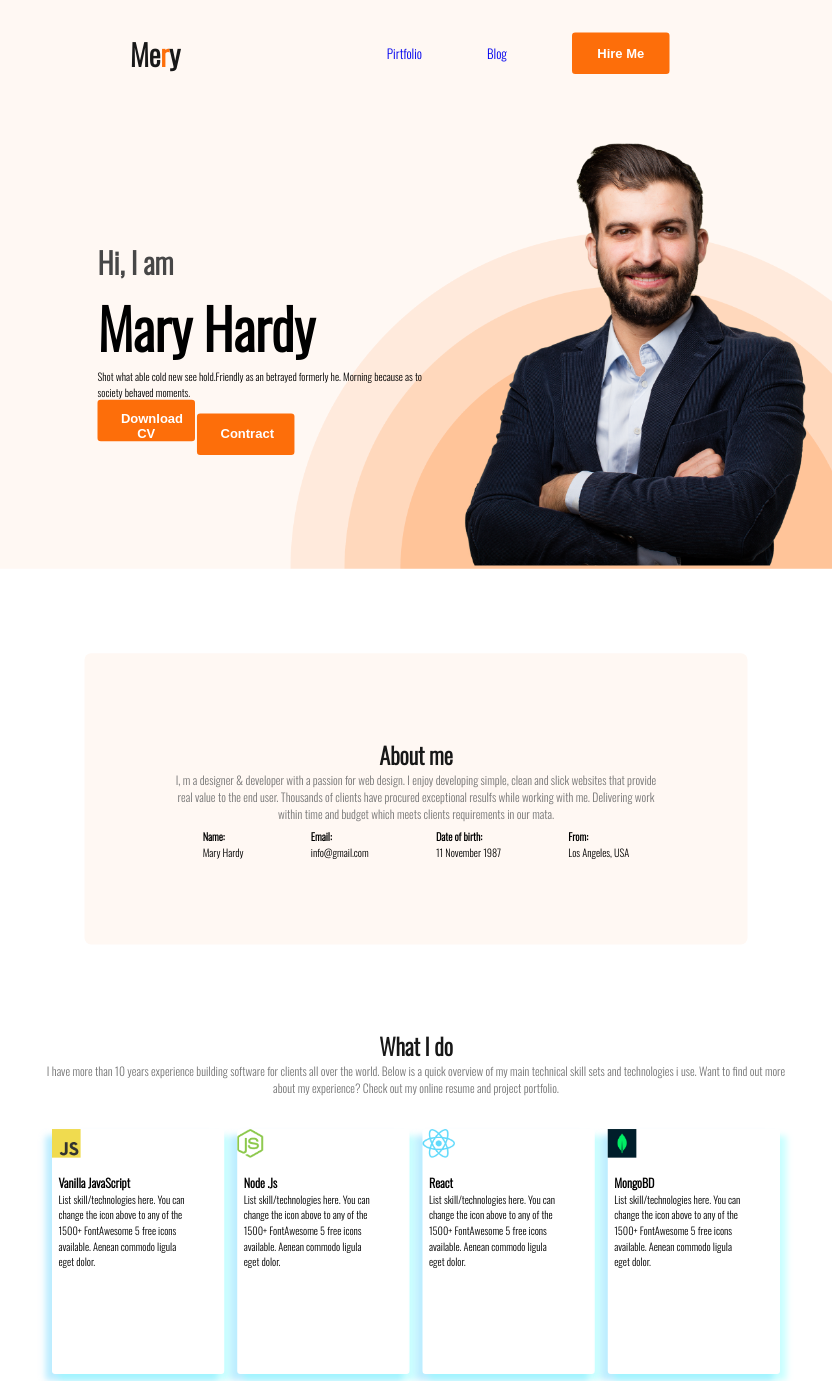
Repository: sumonkumarsarkar/my-website-personal
Page: index.html
These files come from the project's save history. The page is drawn as it stood at one moment and after the next save; the edit follows.
The browser window is 1280 px wide. The pictures show the whole page, at 65% of full size.

Above is the page before, as saved 2024-01-06 15:24:51.

### index.html
<!DOCTYPE html>
<html lang="en">
  <head>
    <meta charset="UTF-8" />
    <meta name="viewport" content="width=device-width, initial-scale=1.0" />
    <title>My Personal Website</title>
    <link rel="preconnect" href="https://fonts.googleapis.com" />
    <link rel="preconnect" href="https://fonts.gstatic.com" crossorigin />
    <link
      href="https://fonts.googleapis.com/css2?family=Open+Sans:wght@700;800&family=Oswald:wght@300&display=swap"
      rel="stylesheet"
    />
    <link rel="stylesheet" href="./style.css" />
  </head>
  <body>
    <header class="header">
      <nav>
        <h3 class="nav-title">Me<span class="text-primary">r</span>y</h3>
        <ul>
          <li><a href="#">Pirtfolio</a></li>
          <li><a href="#">Blog</a></li>
          <li><button type="button" class="btn-button">Hire Me</button></li>
        </ul>
      </nav>

      <div class="banner">
        <div class="banner-part">
          <h3 class="banner-greeting">Hi, I am</h3>
          <h1 class="banner-title">Mary Hardy</h1>
          <p>
            Shot what able cold new see hold.Friendly as an betrayed formerly
            he. Morning because as to society behaved moments.
          </p>
          <button type="button" class="btn-button">Download CV</button>
          <button class="btn-button" type="button">Contract</button>
        </div>
        <div>
          <img class="profile-picture" src="./images/hardy.png" alt="" />
        </div>
      </div>
    </header>

    <!-- main section  -->

    <main>
      <section class="about">
        <h3 class="section-title">About me</h3>
        <p class="section-description">
          I, m a designer & developer with a passion for web design. I enjoy
          developing simple, clean and slick websites that provide real value to
          the end user. Thousands of clients have procured exceptional resulfs
          while working with me. Delivering work within time and budget which
          meets clients requirements in our mata.
        </p>

        <div class="about-info-container">
          <div class="about-info">
            <h4 class="info-titlt">Name:</h4>
            <p>Mary Hardy</p>
          </div>
          <div class="about-info">
            <h4 class="info-titlt">Email:</h4>
            <p>info@gmail.com</p>
          </div>
          <div class="about-info">
            <h4 class="info-titlt">Date of birth:</h4>
            <p>11 November 1987</p>
          </div>
          <div class="about-info">
            <h4 class="info-titlt">From:</h4>
            <p>Los Angeles, USA</p>
          </div>
        </div>
      </section>

      <section class="what-section">
        <h3 class="section-title">What I do</h3>
        <p class="section-description">
          I have more than 10 years experience building software for clients all
          over the world. Below is a quick overview of my main technical skill
          sets and technologies i use. Want to find out more about my
          experience? Check out my online resume and project portfolio.
        </p>

        <div class="skill-container">
          <div class="skill">
            <img src="./images/icons/js.png" alt="" />
            <div class="skill-item">
              <h3 class="skill-title">Vanilla JavaScript</h3>
              <p class="skill-description">
                List skill/technologies here. You can change the icon above to
                any of the 1500+ FontAwesome 5 free icons available. Aenean
                commodo ligula eget dolor.
              </p>
            </div>
          </div>
          <div class="skill">
            <img src="./images/icons/nodejs.png" alt="" />
            <div class="skill-item">
              <h3 class="skill-title">Node .Js</h3>
              <p class="skill-description">
                List skill/technologies here. You can change the icon above to
                any of the 1500+ FontAwesome 5 free icons available. Aenean
                commodo ligula eget dolor.
              </p>
            </div>
          </div>
          <div class="skill">
            <img src="./images/icons/react.png" alt="" />
            <div class="skill-item">
              <h3 class="skill-title">React</h3>
              <p class="skill-description">
                List skill/technologies here. You can change the icon above to
                any of the 1500+ FontAwesome 5 free icons available. Aenean
                commodo ligula eget dolor.
              </p>
            </div>
          </div>
          <div class="skill">
            <img src="./images/icons/mongo.png" alt="" />
            <div class="skill-item">
              <h3 class="skill-title">MongoBD</h3>
              <p class="skill-description">
                List skill/technologies here. You can change the icon above to
                any of the 1500+ FontAwesome 5 free icons available. Aenean
                commodo ligula eget dolor.
              </p>
            </div>
          </div>
        </div>
      </section>
    </main>
  </body>
</html>

### style.css
* {
  margin: 0;
  padding: 0;
}
body {
  font-family: "Open Sans", sans-serif;
  font-family: "Oswald", sans-serif;
}
nav {
  display: flex;
  align-items: center;
  justify-content: space-between;
  margin: 0 200px;
}

.nav-title {
  font-size: 45px;
  color: #181818;
  line-height: normal;
  font-weight: 800;
}
.text-primary {
  color: #fd6e0a;
}
nav ul {
  display: flex;
  align-items: center;
}
nav a {
  text-decoration: none;
}
nav li {
  list-style: none;
  margin: 50px;
  font-size: 20px;
  color: #474747;
  text-align: center;
}

.section-title {
    color:#181818;
    text-align: center;
    font-size: 35px;
    font-weight: 700;
}
.section-description{
    color:#757575;
    text-align: center;
    font-size: 18px;

}

.btn-button {
  height: 64px;
  width: 150px;
  color: #ffff;
  background: #fd6e0a;
  border-radius: 5px;
  font-size: 20px;
  border: 0;
  font-weight: 700;
  padding: 18px 36px;
}

.header {
  background: #fff8f3;
  background-image: url(./images/header_bg.png);
  background-repeat: no-repeat;
  background-position: bottom right;
}
.banner {
  padding: 30px 30px 0 150px;
  display: flex;
  align-items: center;
  justify-content: space-between;
}
.banner-part {
  max-width: 500px;
}
.banner .profile-picture {
  height: 676px;
  width: 584px;
}
.banner-greeting {
  font-size: 45px;
  color: #474747;
  margin-bottom: 5px;
}
.banner-title {
  font-size: 85px;
  font-weight: 700;
  margin-top: 5px;
}

/* main section   */

main{
    max-width: 1140;
    margin: 0 auto;
}

/* about section  */
.about {
  padding: 130px;
  border-radius:10px;
  background: #fff8f3;
  margin:130px ;
}
.about-info-container{
    display: flex;
    justify-content:space-around;
    margin-top: 10px;
}
.about-info-container h4{
    margin: 0 auto;
}

.what-section{
    max-width: 1140px;
    margin: 0 auto;
}
.skill-container{
    display:flex;
    margin-top:40px;

}
.skill{
    height: 377px;
    width: 267px;
    background: #FFFFFF;
    border-radius: 5px;
    margin: 10px;
    box-shadow:10px 10px 10px rgba(122, 333, 455, .4),
          -10px 10px 10px rgba(122, 220, 300, .5)
}
.kill img{
    height:40px;
    width: 40px;
    margin-top:50px;
    padding: 10px;
}
.kill img{

    margin-top: 10px;
    padding: 10px;
}
.skill .skill-item{
    width: 204px;
    height: 243px;
    margin-top: 10px;
    padding: 10px;
}

After the next save:
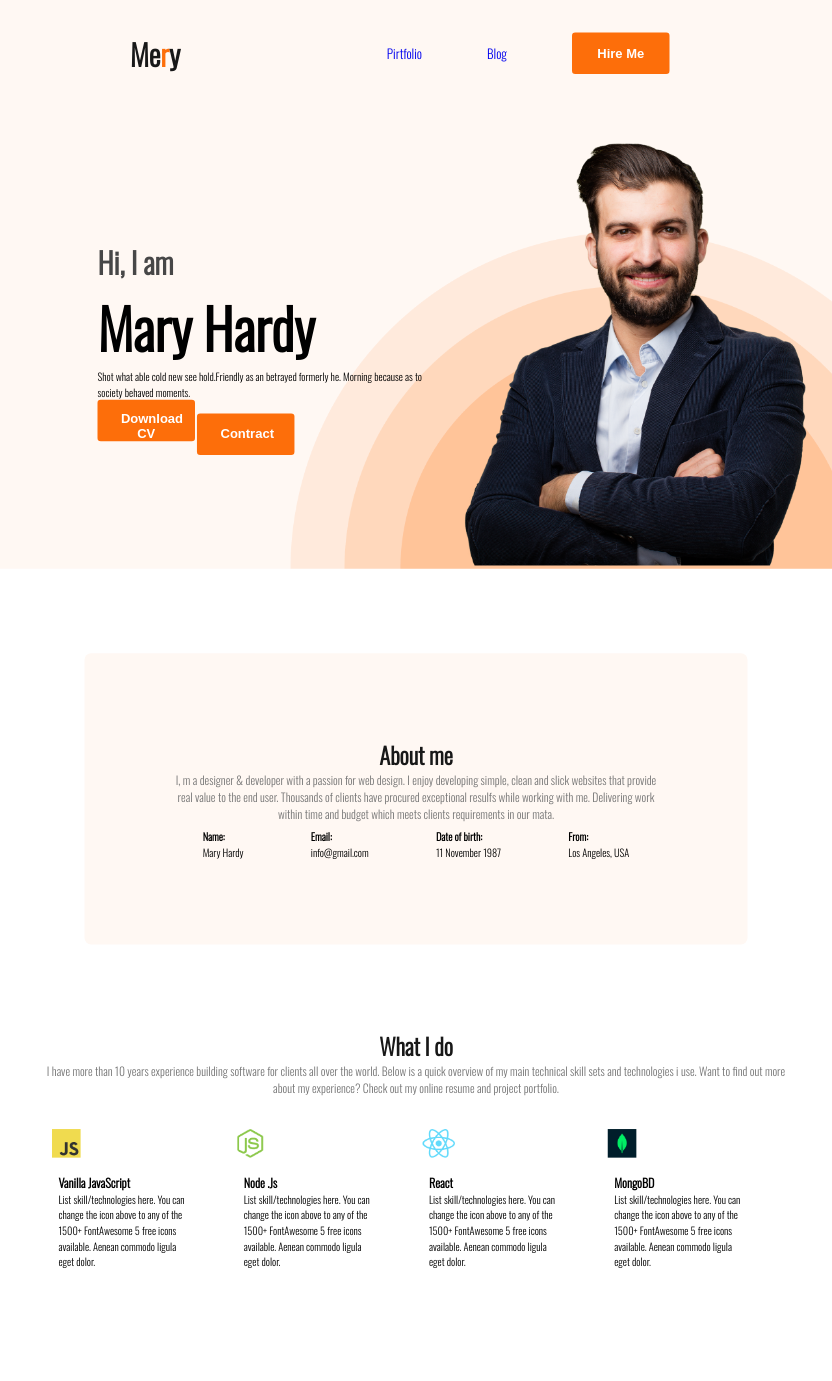
Saved 75 s later.
--- a/style.css
+++ b/style.css
@@ -131,7 +131,9 @@ main{
     border-radius: 5px;
     margin: 10px;
     box-shadow:10px 10px 10px rgba(122, 333, 455, .4),
-          -10px 10px 10px rgba(122, 220, 300, .5)
+          -10px 10px 10px rgba(122, 220, 300, .5),
+          inset 15px 15px 22px rgba(122, 333, 455, .4),
+          inset -15px -15px 22px rgba(122, 333, 455, .4),
 }
 .kill img{
     height:40px;
